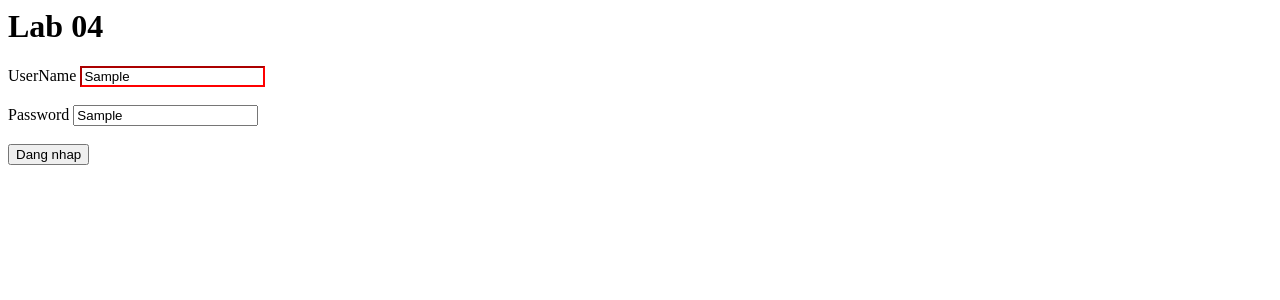
Repository: LuongPTCE181311/learning_typeScript_topic_1
Page: chapter06/Lab04/lab04.html
These files come from the project's save history. The page is drawn as it stood at one moment and after a run of saves; the edit follows.
The browser window is 1280 px wide. The pictures show the whole page.
Empty fields were first filled with sample values (such as "Sample", 5 or name@example.com).
After loading, the first visible `#submit` was clicked once.

Above is the page before, as saved 2025-12-02 13:04:42.

After the next 2 saves:
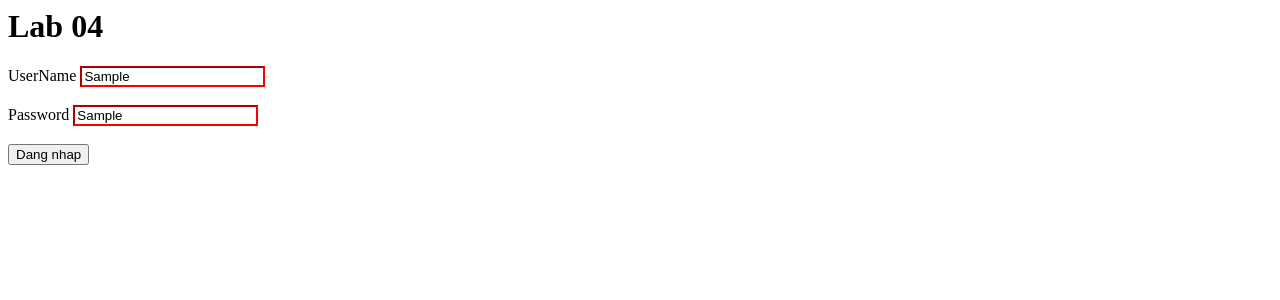
The 2 saves are shown as one change because they came seconds apart.
The last was saved 8 s later.
--- a/chapter06/Lab04/lab04.js
+++ b/chapter06/Lab04/lab04.js
@@ -9,6 +9,6 @@ mySubmit.addEventListener("click", () => {
     }else {
         alert("Tài khoản hoặc mật khẩu sai");
         inputName.style.borderColor = "red";
-
+        inputPass.style.borderColor = "red";
     }
 })
